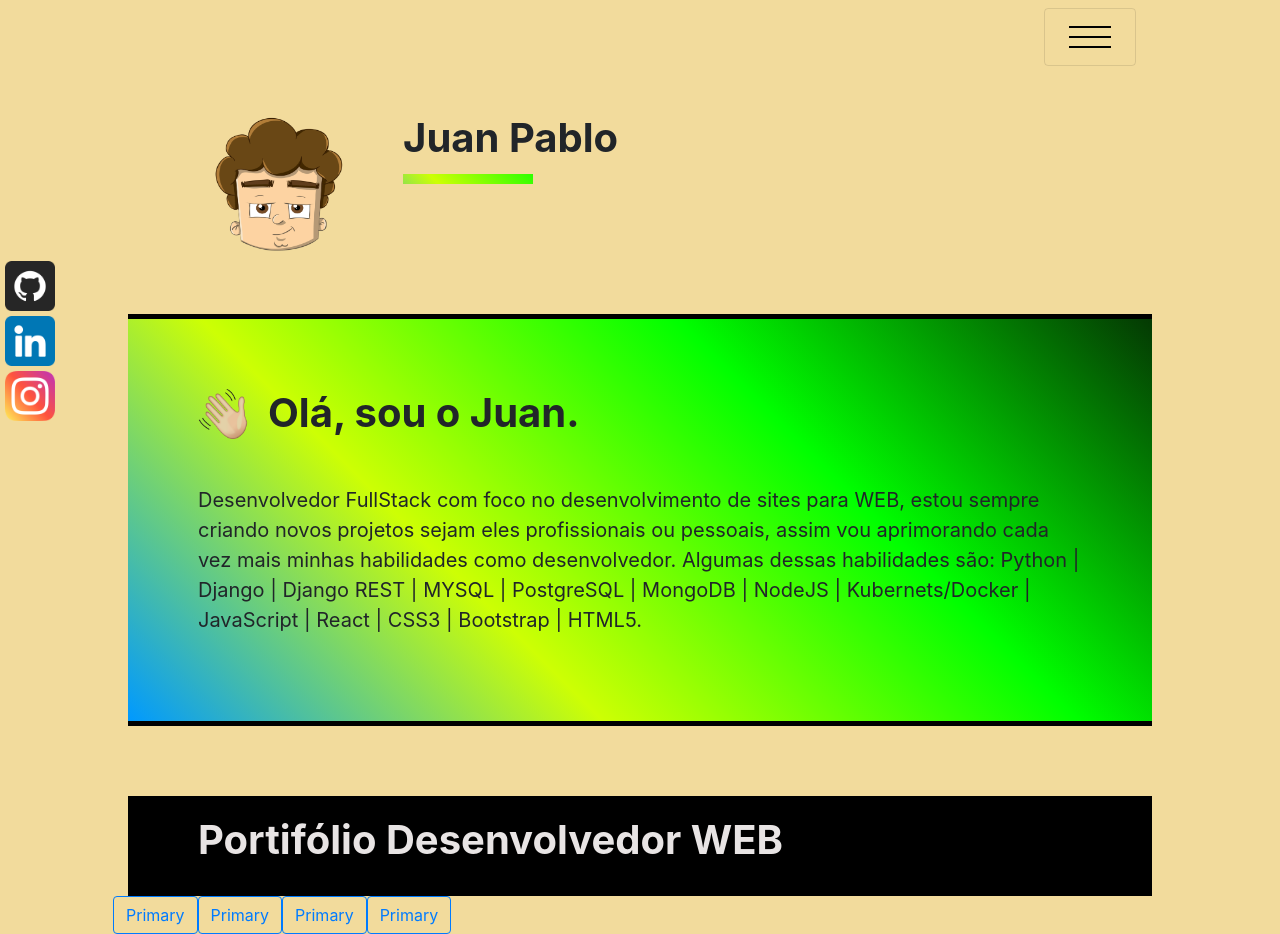
Repository: JuanPabloDS/portifolio
Page: http://localhost/
An editor plug-in stored every save of this project. The page is shown before and after the next save, followed by the edit.
The browser window is 1280 px wide. The pictures show the whole page.
The page is served by the project's application, run on Django 4.2 (manage.py). Other server files are loaded and not shown.

Above is the page before, as saved 2023-02-22 23:10:52.

### core/templates/index.html
{% extends 'base.html' %}

{% block content %}

{% include 'perfil.html' %}

{% include 'apresentacao.html' %}

{% include 'developer.html' %}

{% include 'footer.html' %}

{% endblock %}

### core/templates/base.html
{% load static %}
<!DOCTYPE html>
<html lang="pt-br">

    <head>
        <!-- Required meta tags -->
        <meta charset="UTF-8">
        <meta http-equiv="X-UA-Compatible" content="IE=edge">
        <meta name="viewport" content="width=device-width, initial-scale=1.0">
        <title>Portifólio</title>

        <!-- Bootstrap CSS -->
        <link rel="stylesheet" href="{% static 'css/bootstrap.min.css' %}">
        <link rel="stylesheet" href="{% static 'css/style.css' %}">


    </head>

    <body>
        <div class="pos-f-t">
            <nav class="navbar navbar-light menu">
              <button class="navbar-toggler" type="button" data-toggle="collapse" data-target="#navbarToggleExternalContent" aria-controls="navbarToggleExternalContent" aria-expanded="false" aria-label="Toggle navigation">
                <div class="burger"><i></i><i></i><i></i></div>
              </button>
            </nav>
            <div class="collapse" id="navbarToggleExternalContent">
              <div class="bg-dark p-4">
                <div class="menu-itens">
                  <h1>HOME</h1>
                </div>
                <div class="menu-itens">
                  <h1>HOME</h1>
                </div>
                <div class="menu-itens">
                  <h1>HOME</h1>
                </div>
                <div class="menu-itens">
                  <h1>HOME</h1>
                </div>
              </div>
            </div>
          </div>
{% block content %}
{% endblock %}

### core/templates/perfil.html
{% load static %}
<div class="perfil">
    <img src="{% static '/img/perfil/eu.png' %}" alt="">
    <div class="borda">
        <h1>Juan Pablo</h1>
    </div>
</div>

### core/templates/apresentacao.html
{% load static %}
<div class="apresentacao">
    <div class="texto">
        <div>
            <img src="{% static '/img/icons/acenar.png' %}" alt="">
            <h1>Olá, sou o Juan.</h1>
        </div>
        <div class="paragrafo">
            <p>Desenvolvedor FullStack com foco no desenvolvimento de sites para WEB, estou sempre criando
            novos projetos sejam eles profissionais ou pessoais, assim vou aprimorando cada vez
            mais minhas habilidades como desenvolvedor. Algumas dessas habilidades são:
            Python | Django | Django REST | MYSQL | PostgreSQL | MongoDB | NodeJS | Kubernets/Docker |
            JavaScript | React | CSS3 | Bootstrap | HTML5.   </p>
        </div>
    </div>
    <div class="icons">
        <img src="{% static '/img/icons/github.png' %}" alt="">
        <img src="{% static '/img/icons/linkedin.png' %}" alt="">
        <img src="{% static '/img/icons/instagram.png' %}" alt="">
    </div>
</div>

### core/templates/developer.html
{% load static %}
<div class="dev">
    <div class="dev-1">
        <h1>Portifólio Desenvolvedor WEB</h1>
    </div>
    <div class="dev-menu row">
        <div>
            <button type="button" class="btn btn-outline-primary">Primary</button>
        </div>
        <div>
            <button type="button" class="btn btn-outline-primary">Primary</button>
        </div>
        <div>
            <button type="button" class="btn btn-outline-primary">Primary</button>
        </div>
        <div>
            <button type="button" class="btn btn-outline-primary">Primary</button>
        </div>
    </div>
</div>

### core/templates/footer.html
{% load static %}
<!-- jQuery first, then Tether, then Bootstrap JS. -->
<script src="{% static 'js/jquery.js' %}"></script>
<script src="{% static 'js/bootstrap.js' %}" ></script>
<script src="{% static 'js/bootstrap.min.js' %}" ></script>
<script src="{% static 'js/bootstrap.bundle.js' %}" ></script>
<script src="{% static 'js/bootstrap.bundle.min.js' %}" ></script>
</body>
</html>

### core/views.py
from django.views.generic import TemplateView

class IndexView(TemplateView):
    template_name: str = 'index.html'

### portifolio/urls.py
"""portifolio URL Configuration

The `urlpatterns` list routes URLs to views. For more information please see:
    https://docs.djangoproject.com/en/4.1/topics/http/urls/
Examples:
Function views
    1. Add an import:  from my_app import views
    2. Add a URL to urlpatterns:  path('', views.home, name='home')
Class-based views
    1. Add an import:  from other_app.views import Home
    2. Add a URL to urlpatterns:  path('', Home.as_view(), name='home')
Including another URLconf
    1. Import the include() function: from django.urls import include, path
    2. Add a URL to urlpatterns:  path('blog/', include('blog.urls'))
"""
from django.contrib import admin
from django.urls import path, include

from django.conf.urls.static import static
from django.conf import settings

urlpatterns = [
    path('admin/', admin.site.urls),
    path('', include('core.urls')),
] + static(settings.MEDIA_URL, document_root=settings.MEDIA_ROOT)

### core/urls.py
from django.urls import path
from .views import IndexView

urlpatterns = [
    path('', IndexView.as_view(), name='index')
]

### core/static/css/style.css
/*! Menu inicial */

body{
    width: 80%;
    margin: auto;
    background-color: #f2db9c;
}

@media screen and (max-width: 600px) {
    body{
        width: 100%;
        margin: auto;
    }

}

.burger {

    z-index: 9998;
    cursor: pointer;
    padding: 5px 4px;
    background-color: transparent;
}

.burger i {
    display: block;
    width: 42px;
    height: 2px;
    margin: 8px;
    background-color: black;
}

.burger:active,
.burger:focus {
 outline-color:0;
 outline-style:none;
 outline-width:0
}
.burger i {
 display:block;
 width:42px;
 height:2px;
 margin:8px;
 background-color:black
}

.burger i:nth-child(n) {
 -moz-transition:-moz-transform .45s cubic-bezier(.43,.77,.15,1.5),background .3s ease;
 -o-transition:-o-transform .45s cubic-bezier(.43,.77,.15,1.5),background .3s ease;
 -webkit-transition:-webkit-transform .45s cubic-bezier(.43,.77,.15,1.5),background .3s ease;
 transition:transform .45s cubic-bezier(.43,.77,.15,1.5),background .3s ease
}
.burger.hover i:nth-child(1) {
 -moz-transform:translate3d(0,-4px,0);
 -ms-transform:translate3d(0,-4px,0);
 -webkit-transform:translate3d(0,-4px,0);
 transform:translate3d(0,-4px,0)
}
.burger.hover i:nth-child(3) {
 -moz-transform:translate3d(0,4px,0);
 -ms-transform:translate3d(0,4px,0);
 -webkit-transform:translate3d(0,4px,0);
 transform:translate3d(0,4px,0)
}
.burger.st-1 {
 animation:rotate-back-in .8s cubic-bezier(.2,.86,.35,1) forwards;
 -webkit-animation:rotate-back-in .8s cubic-bezier(.2,.86,.35,1) forwards
}
.burger.st-1 i:nth-child(1) {
 -moz-transform:translate3d(0,9px,0);
 -ms-transform:translate3d(0,9px,0);
 -webkit-transform:translate3d(0,9px,0);
 transform:translate3d(0,9px,0)
}
.burger.st-1 i:nth-child(3) {
 -moz-transform:translate3d(0,-9px,0);
 -ms-transform:translate3d(0,-9px,0);
 -webkit-transform:translate3d(0,-9px,0);
 transform:translate3d(0,-9px,0)
}
.burger.st-2 {
 animation:rotate-back-out .85s cubic-bezier(.2,.86,.35,1) forwards;
 -webkit-animation:rotate-back-out .85s cubic-bezier(.2,.86,.35,1) forwards
}
.burger.st-2 i:nth-child(1) {
 -moz-transform:translate3d(0,10px,0) rotate(45deg) scale(1.5);
 -ms-transform:translate3d(0,10px,0) rotate(45deg) scale(1.5);
 -webkit-transform:translate3d(0,10px,0) rotate(45deg) scale(1.5);
 transform:translate3d(0,10px,0) rotate(45deg) scale(1.5)
}
.burger.st-2 i:nth-child(2) {
 opacity:0
}
.burger.st-2 i:nth-child(3) {
 -moz-transform:translate3d(0,-10px,0) rotate(-45deg) scale(1.5);
 -ms-transform:translate3d(0,-10px,0) rotate(-45deg) scale(1.5);
 -webkit-transform:translate3d(0,-10px,0) rotate(-45deg) scale(1.5);
 transform:translate3d(0,-10px,0) rotate(-45deg) scale(1.5)
}
.burger.st-2.hover i:nth-child(1) {
 -moz-transform:translate3d(0,10px,0) rotate(50deg) scale(1.5);
 -ms-transform:translate3d(0,10px,0) rotate(50deg) scale(1.5);
 -webkit-transform:translate3d(0,10px,0) rotate(50deg) scale(1.5);
 transform:translate3d(0,10px,0) rotate(50deg) scale(1.5)
}
.burger.st-2.hover i:nth-child(3) {
 -moz-transform:translate3d(0,-10px,0) rotate(-50deg) scale(1.5);
 -ms-transform:translate3d(0,-10px,0) rotate(-50deg) scale(1.5);
 -webkit-transform:translate3d(0,-10px,0) rotate(-50deg) scale(1.5);
 transform:translate3d(0,-10px,0) rotate(-50deg) scale(1.5)
}

.menu{
    height: 20%;
    background-color: #f2db9c;
    color: black;
}

.menu button{
    position: relative;
    right: inherit;
    float: right;
    margin-left: auto;
    color: black;
}

.menu span {
    color: black;
}



.menu-itens {
    height: 80px;
    background-color: blue;
    text-align: center;
    padding-top: 13px;
    margin-bottom: 10px;
    font-size: 50%;
}

@media screen and (max-width: 600px){
    .menu button{
        position: relative;
        padding-top: 0;
        right: inherit;
        padding-right: 0;
        padding-left: 5px;
        padding-bottom: 0;
        width: 60px;
        height: 50px;
    }

    .menu-itens {
        height: 30px;
        background-color: blue;
    }

    .menu-itens h1 {
        font-size: 150%;
        line-height: 0.2;
    }

    .burger i {
        width:25px;
        height:2px;
       }
}

/*! Fim Menu inicial */

/*! Perfil */

.perfil{
    padding-top: 40px;
    padding-left: 80px;
    margin-bottom: 200px;
}

.perfil img {
    width: 140px;
    height: 140px;
    float: left;
}

.perfil h1 {
    margin-left: 50px;
    position: absolute;
    font-weight: bold;


}
.borda{
    position: relative;
    padding-left: 145px;
}

.borda::before, .borda::after{
    content: '';
    position: absolute;
    z-index: -1;
    width: calc(130px);
    height: calc(10px);
    top: 60px;
    background: linear-gradient(45deg, #0099ff, #cdff04, #00ff00, #043903 );
    margin-left: 50px;
    background-size: 300%;
    animation: AnimarBorda 8s linear infinite;

}

@keyframes AnimarBorda {
    0% {
        background-position: 0;
    }
    100% {
        background-position: 300%;
    }
}

@media screen and (max-width: 900px) {
    .perfil {
        padding-left: 20px;
        margin-bottom: 100px;

    }
    .perfil img {
        width: 60px;
        height: 60px;
    }
    .perfil h1 {
        font-size: 30px;
    }

    .borda{
        padding-left: 30px;
    }

    .borda::before, .borda::after{
        margin-left: 20px;
        top: 40px;

    }

}

/*! Fim Perfil */

/*! Apresentaçao */

.apresentacao{
    background-color: #f2e5c0;
    padding: 70px;
    position: relative;
    border-bottom: 5px solid black;
    border-top: 5px solid black;
    background: linear-gradient(45deg,#0099ff, #cdff04, #00ff00, #043903
    );
    animation-name: ring;
    animation-duration: 1000ms;
    animation-timing-function: linear;
    animation-iteration-count: infinite;
    display: flex;
    justify-content: center;
    align-items: center;

@keyframes ring {
    0%{
        tranform:rotate(-360deg)
    }
}

}

.texto {
    display: flex;
    flex-direction: column ;
    flex-wrap: wrap;
}

.texto h1 {
    margin-left: 20px;
    font-weight: bold;
    float: left;
    align-self: stretch;
}

.texto img {
    width: 50px;
    height: 50px;
    float: left;
}

.paragrafo p {
    margin-top: 40px;
    font-size: 20px;
}

.icons{
    position: fixed;
    padding-bottom: 23%;
    padding-left: 5px;
    bottom: 0;
    left: 0;
    width: 50px;
}

.icons img{
    width: 50px;
    height: 50px;
    margin-bottom: 5px;
}

@media screen and (max-width: 900px) {
    .icons{
        width: 20px;
    }

    .icons img{
        width: 20px;
        height: 20px;
        margin-bottom: 5px;
    }

    .texto h1 {
        font-size: 20px;
    }

    .texto img {
        width: 25px;
        height: 25px;
    }

    .paragrafo p {
        margin-top: 20px;
        font-size: 15px;
    }

}

/*! Fim Apresetação */

/*! Developer */

.dev-1 {
    margin-top: 70px;
    height: 100px;
    background-color: black;
    padding-top: 20px;
    padding-left: 70px;
}

.dev-1 h1 {
    color: rgb(232, 228, 228);
    font-weight: bold;

}

.dev-menu {
    display: flex;
    flex-direction: row ;
    flex-wrap: wrap;
}

Loaded but not shown: core/static/css/bootstrap.min.css (library); core/static/js/jquery.js (library); core/static/js/bootstrap.js (library); core/static/js/bootstrap.min.js (library); core/static/js/bootstrap.bundle.js (library); core/static/js/bootstrap.bundle.min.js (library)

After the next save:
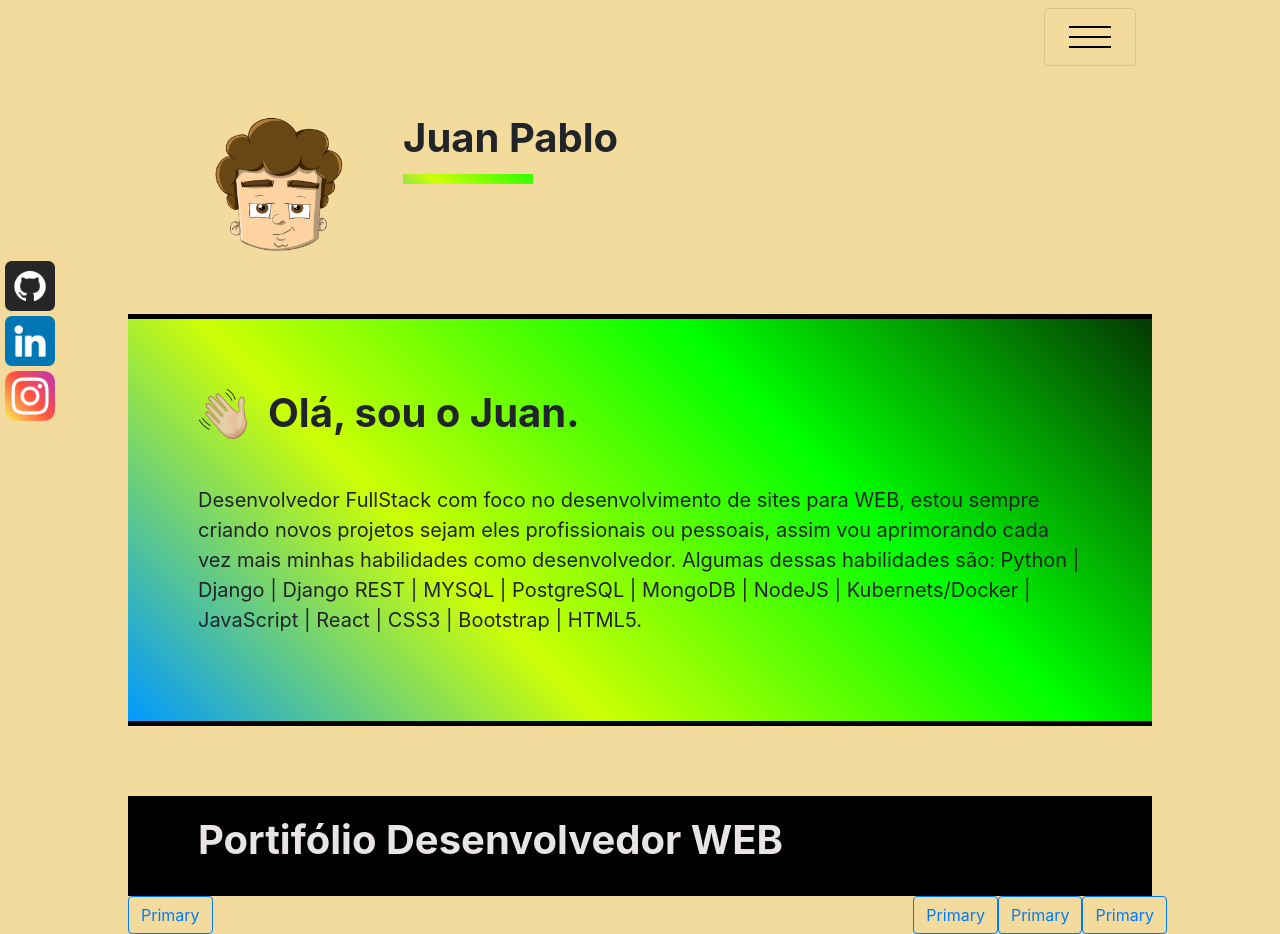
Saved 26 s later.
--- a/core/templates/developer.html
+++ b/core/templates/developer.html
@@ -4,7 +4,7 @@
         <h1>Portifólio Desenvolvedor WEB</h1>
     </div>
     <div class="dev-menu row">
-        <div>
+        <div class="col-sm">
             <button type="button" class="btn btn-outline-primary">Primary</button>
         </div>
         <div>
